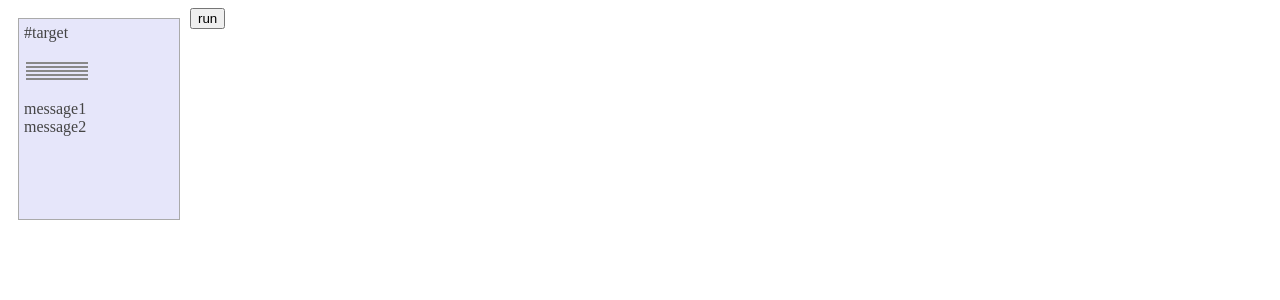
Repository: silenttemplar/java_start_project
Page: hansung_ee_2014/hansung_jquery_exercise/WebContent/11. Empty elements.html
These files come from the project's save history. The page is drawn as it stood at one moment and after the next save; the edit follows.
The browser window is 1280 px wide. The pictures show the whole page.
After loading, the first visible `input` was clicked once.

Above is the page before, as saved 2014-08-27 08:22:08.

After the next save:
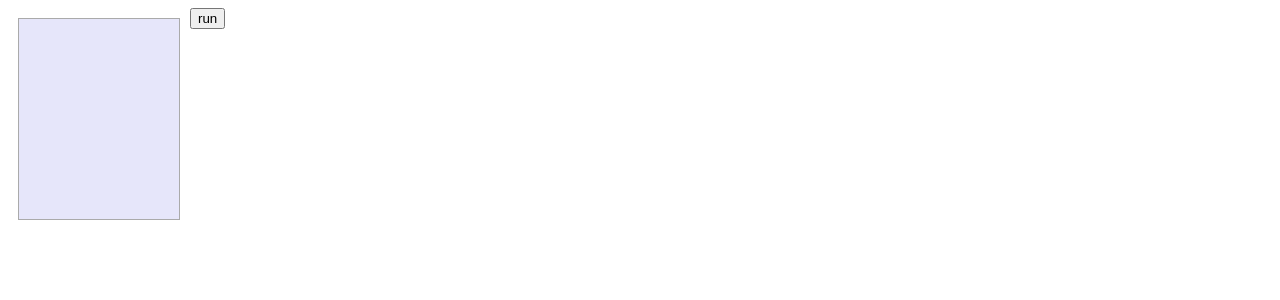
Saved 26 s later.
--- a/hansung_ee_2014/hansung_jquery_exercise/WebContent/11. Empty elements.html
+++ b/hansung_ee_2014/hansung_jquery_exercise/WebContent/11. Empty elements.html
@@ -10,7 +10,7 @@
 	 */
 	function run() {
 			//$("#target > .child").remove();
-			$("#target > .child").empty();
+			$("#target").empty();
 	}
 </script>
 
